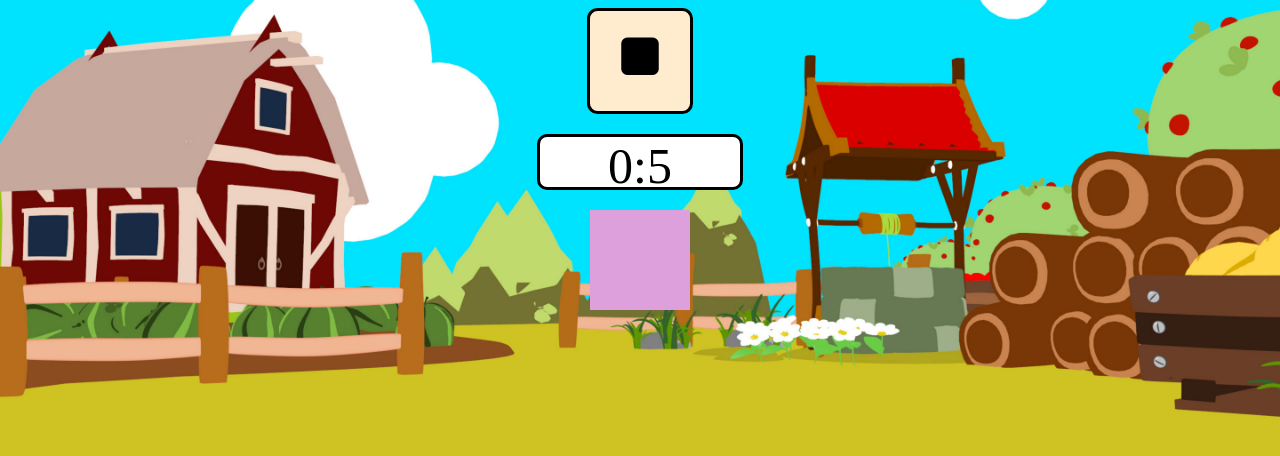
Repository: rumor1993/DreamCoding-Browser101
Page: Chapter07/index.html
The author's editor kept a copy of each file at every save. The page is drawn from the files as they stood at one save, then again after the next save.
The browser window is 1280 px wide. The pictures show the whole page.
Some web libraries are served in a nearby version.

Above is the page before, as saved 2021-01-01 13:44:19.

After the next save:
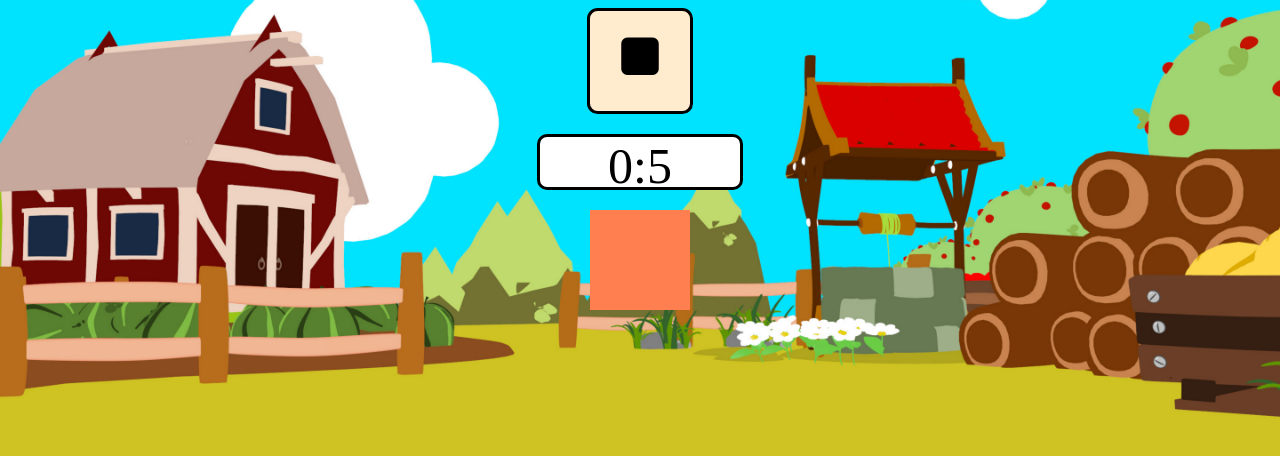
Saved 27 s later.
--- a/Chapter07/index.html
+++ b/Chapter07/index.html
@@ -39,7 +39,7 @@
 
       .carrot-count {
         margin: 10px auto;
-        background-color: plum;
+        background-color: coral;
         width: 100px;
         height: 100px;
       }
